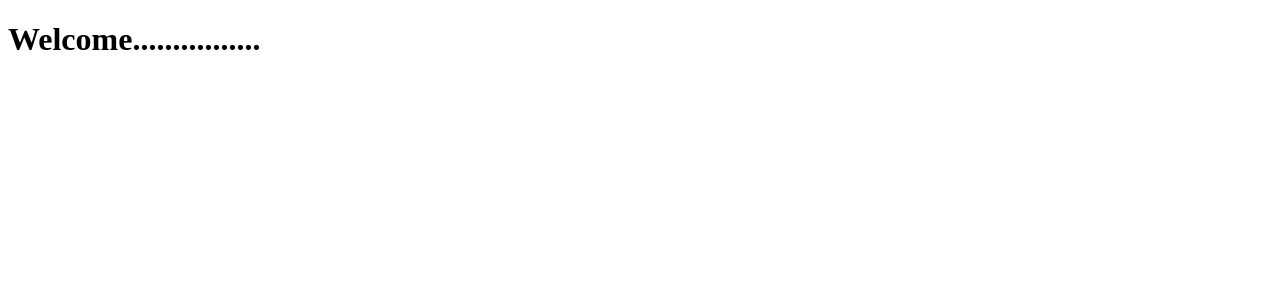
Repository: SimOneGraCias11/Montran_Training
Page: http://localhost/SpringMvc/hello
The author's editor kept a copy of each file at every save. The page is drawn from the files as they stood at one save, then again after the next save.
The browser window is 1280 px wide. The pictures show the whole page.
The page is served by Tomcat 9.

Above is the page before, as saved 2024-08-06 09:48:20.

After the next save:
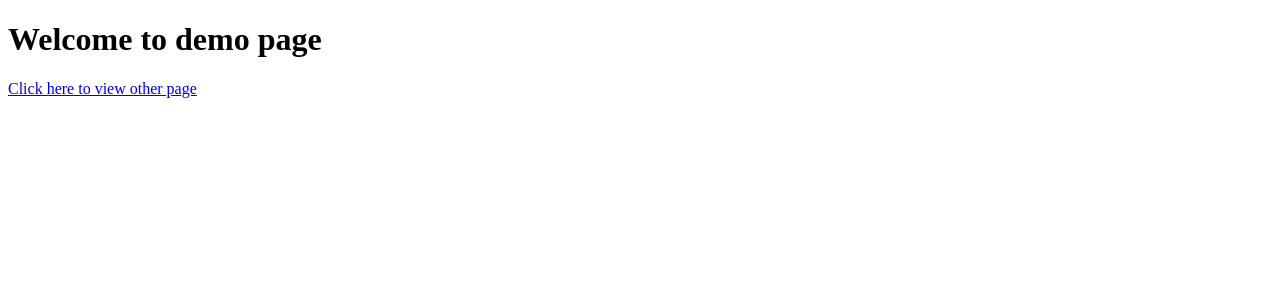
Saved 3 min 29 s later.
--- a/SpringMvc/src/main/webapp/WEB-INF/view/hello.jsp
+++ b/SpringMvc/src/main/webapp/WEB-INF/view/hello.jsp
@@ -4,9 +4,11 @@
 <html>
 <head>
 <meta charset="ISO-8859-1">
-<title>Insert title here</title>
+<title>Demo</title>
 </head>
 <body>
-<h1> Welcome................</h1>
+<h1> Welcome to demo page</h1>
+
+<a href="index"> Click here to view other page</a>
 </body>
 </html>
